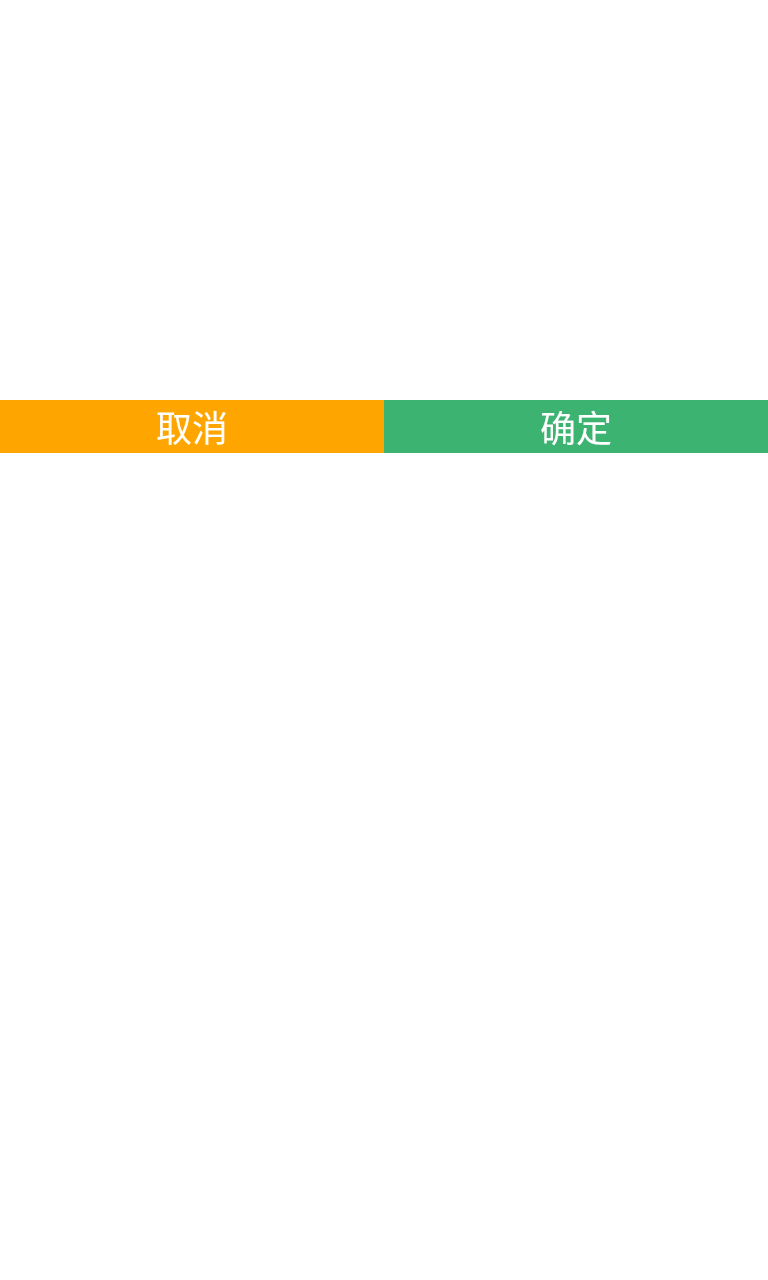
Repository: blanks1314/sysnc_android
Layout: UpayDemo/res/layout/dialog_error.xml
The author's editor kept a copy of each file at every save. The layout is drawn from the files as they stood at one save, then again after the next save.
It is drawn on a 768 x 1280 px phone screen (xhdpi) without system bars, with theme AppTheme; the app's code is not run.

Above is the layout before, as saved 2015-05-04 07:05:45.

### UpayDemo/res/layout/dialog_error.xml
<?xml version="1.0" encoding="utf-8"?>
<LinearLayout xmlns:android="http://schemas.android.com/apk/res/android"
    android:layout_width="match_parent"
    android:layout_height="match_parent"
    android:orientation="vertical" >

    <TextView
        android:id="@+id/tvContent"
        android:layout_width="match_parent"
        android:layout_height="200dp" />

    <LinearLayout
        android:layout_width="match_parent"
        android:layout_height="56dp"
        android:orientation="horizontal" >

        <TextView
            android:id="@+id/tvCancel"
            android:layout_width="0dp"
            android:layout_height="wrap_content"
            android:layout_weight="1"
            android:gravity="center"
            android:text="取消"
            android:background="@color/btn_selecter_2"
            android:textColor="@color/white"
            android:textSize="18sp"/>

        <TextView
            android:id="@+id/tvOk"
            android:layout_width="0dp"
            android:layout_height="wrap_content"
            android:layout_weight="1"
            android:gravity="center"
            android:text="确定"
            android:background="@color/btn_selecter_1"
            android:textColor="@color/white"
            android:textSize="18sp" />
    </LinearLayout>

</LinearLayout>

### UpayDemo/res/values/styles.xml
<resources xmlns:android="http://schemas.android.com/apk/res/android">

    <!--
        Base application theme, dependent on API level. This theme is replaced
        by AppBaseTheme from res/values-vXX/styles.xml on newer devices.













    -->
    <style name="AppBaseTheme" parent="Theme.AppCompat.Light">
        <!--
            Theme customizations available in newer API levels can go in
            res/values-vXX/styles.xml, while customizations related to
            backward-compatibility can go here.













        -->
    </style>

    <!-- Application theme. -->
    <!--
    <style name="AppTheme" parent="AppBaseTheme">
        All customizations that are NOT specific to a particular API-level can go here.
    </style>








    -->

    <style name="AppTheme" parent="Theme.AppCompat.Light">
        <item name="tabView">@style/TabView</item>
        <item name="tabPageIndicator">@style/TabIndicator</item>
    </style>

    <style name="TabIndicator" />

    <style name="TabView">
        <item name="android:addStatesFromChildren">true</item>
        <item name="android:orientation">vertical</item>
        <item name="android:gravity">bottom|center_horizontal</item>
        <item name="android:layout_width">0dp</item>
        <item name="android:background">@android:color/white</item>
        <item name="android:layout_height">match_parent</item>
    </style>

    <style name="text_style_1">
        <item name="android:textSize">16sp</item>
        <item name="android:layout_width">0dp</item>
        <item name="android:layout_weight">1</item>
        <item name="android:layout_height">fill_parent</item>
        <item name="android:gravity">center_vertical</item>
        <item name="android:ellipsize">marquee</item>
        <item name="android:singleLine">true</item>
    </style>

    <style name="edit_style_1">
        <item name="android:textSize">16sp</item>
        <item name="android:layout_width">0dp</item>
        <item name="android:layout_weight">1</item>
        <item name="android:layout_height">fill_parent</item>
        <item name="android:gravity">center_vertical</item>
    </style>

    <style name="spn_style_1">
        <item name="android:textSize">10sp</item>
        <item name="android:layout_width">wrap_content</item>
        <item name="android:layout_height">fill_parent</item>
    </style>

    <style name="linear_style_1">
        <item name="android:layout_width">match_parent</item>
        <item name="android:gravity">center_vertical</item>
        <item name="android:layout_height">40dp</item>
        <item name="android:orientation">horizontal</item>
        <item name="android:layout_marginLeft">5dp</item>
        <item name="android:layout_marginRight">5dp</item>
        <item name="android:layout_marginTop">10dp</item>
    </style>

    <style name="img_btn_1">
        <item name="android:layout_width">wrap_content</item>
        <item name="android:layout_height">wrap_content</item>
        <item name="android:padding">10dp</item>
    </style>

    <style name="btn_style_1">
        <item name="android:layout_width">200dp</item>
        <item name="android:layout_height">wrap_content</item>
        <item name="android:background">@drawable/btn_selecter</item>
        <item name="android:textColor">@color/white</item>
        <item name="android:layout_marginTop">10dp</item>
    </style>

    <style name="btn_style_2">
        <item name="android:layout_width">100dp</item>
        <item name="android:layout_height">wrap_content</item>
        <item name="android:background">@drawable/btn_selecter</item>
        <item name="android:textColor">@color/white</item>
        <item name="android:layout_marginTop">10dp</item>
    </style>

    <style name="loading_dialog" parent="android:style/Theme.Dialog">
        <item name="android:windowFrame">@null</item>
        <item name="android:windowNoTitle">true</item>
        <item name="android:windowIsFloating">true</item>
        <item name="android:windowContentOverlay">@null</item>
        <item name="android:windowBackground">@android:color/transparent</item>
        <item name="android:background">#00000000</item>
 <!-- 设置自定义布局的背景透明 -->
    </style>

    <style name="error_dialog" parent="@android:style/Theme.Dialog">

                　　        <item name="android:windowFrame">@null</item>

                　　        <item name="android:windowIsFloating">true</item>

                　　        <item name="android:windowIsTranslucent">false</item>

                　　        <item name="android:windowNoTitle">true</item>

                　　        <item name="android:background">@android:color/white</item>

                　　        <item name="android:windowBackground">@null</item>

                　　        <item name="android:backgroundDimEnabled">false</item>
        <item name="android:textColor">@android:color/black</item>
    </style>

</resources>

### UpayDemo/res/values/attrs.xml
<?xml version="1.0" encoding="utf-8"?>
<resources>
    <declare-styleable name="TabView">
        <attr name="tabPageIndicator" format="reference" />
        <attr name="tabView" format="reference" />
    </declare-styleable>

    <string-array name="currTypes">
        <item >RMB(156)</item>
    </string-array>
</resources>

### UpayDemo/res/values/color.xml
<?xml version="1.0" encoding="utf-8"?>
<resources>

    <color name="white">#FFFFFF</color>
    <color name="tab_text_normal">#696969</color>
    <color name="tab_text_selected">#73bf40</color>
    <color name="btn_selecter_1">#3CB371</color>
    <color name="btn_selecter_2">#FFA500</color>
    <color name="text_result">#F5FFFA</color>
    <color name="gray">#dcdcdc</color>

</resources>

Loaded but not shown: UpayDemo/res/values-v11/styles.xml (common file); UpayDemo/res/values-v14/styles.xml (common file); UpayDemo/res/values/values.xml (657 lines, source omitted)

After the next save:
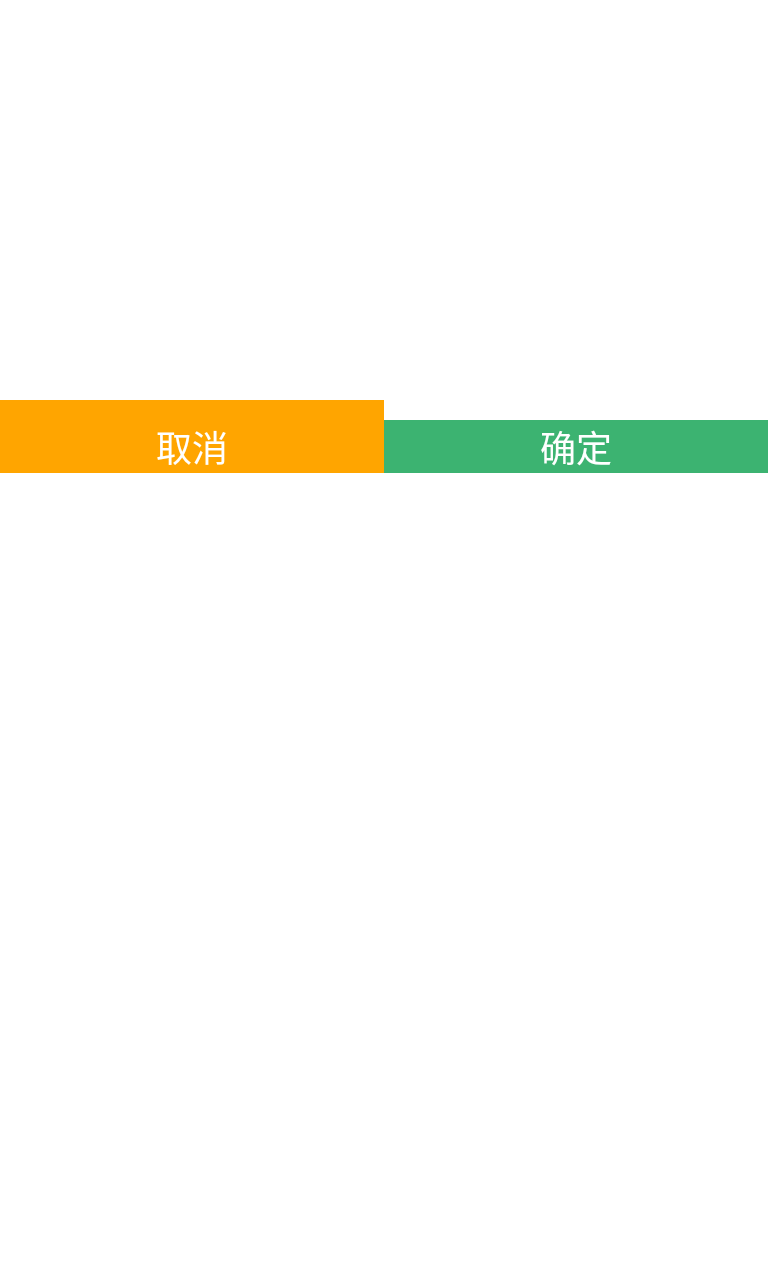
Saved 19 s later.
--- a/UpayDemo/res/layout/dialog_error.xml
+++ b/UpayDemo/res/layout/dialog_error.xml
@@ -23,7 +23,8 @@
             android:text="取消"
             android:background="@color/btn_selecter_2"
             android:textColor="@color/white"
-            android:textSize="18sp"/>
+            android:textSize="18sp"
+            android:paddingTop="10dp"/>
 
         <TextView
             android:id="@+id/tvOk"
